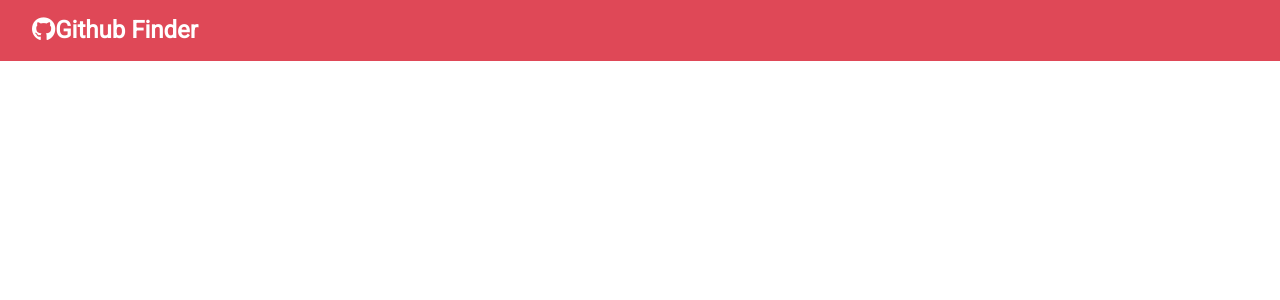
Repository: Richswag009/React_Expense_Tracker
Page: /
An editor plug-in stored every save of this project. The page is shown before and after the next save, followed by the edit.
The browser window is 1280 px wide. The pictures show the whole page.
The page's requests for data from a server got no answer. Some web libraries are served in a nearby version. The project was rebuilt for these pictures with package versions that can differ from the ones it lists, and the page was loaded fresh each time. No one was signed in, and anything a server would have sent is missing. Also part of the build but not shown: src/component/users/UserItem.js, src/component/Layout/Spinner.js.

Above is the page before, as saved 2022-06-13 17:57:47.

After the next save:
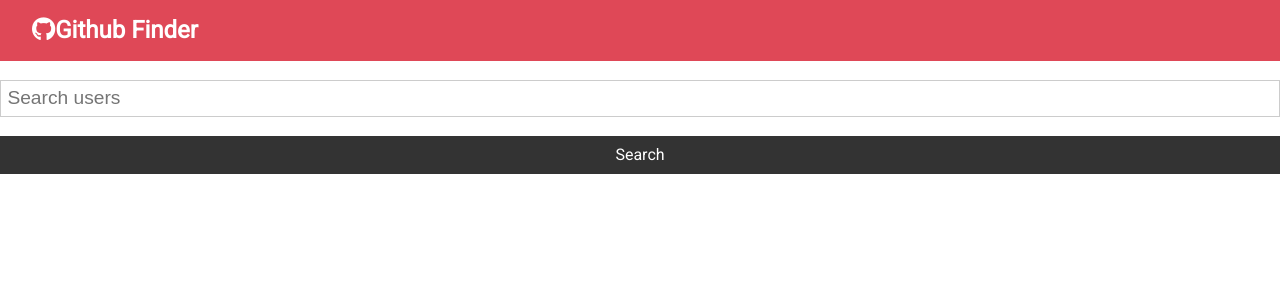
Saved 65 s later.
--- a/src/App.js
+++ b/src/App.js
@@ -2,6 +2,7 @@
 import React,{Component} from 'react';
 import './App.css';
 import Navbar from './component/Layout/Navbar';
+import Search from './component/users/Search';
 import Users from './component/users/Users';
 import axios from 'axios';
 class App extends Component{
@@ -23,6 +24,7 @@ class App extends Component{
     return (
       <div className="App">
       <Navbar/>
+      <Search />
       <div className="container">
       <Users loading={this.state.loading} users={this.state.users} />
       </div>
